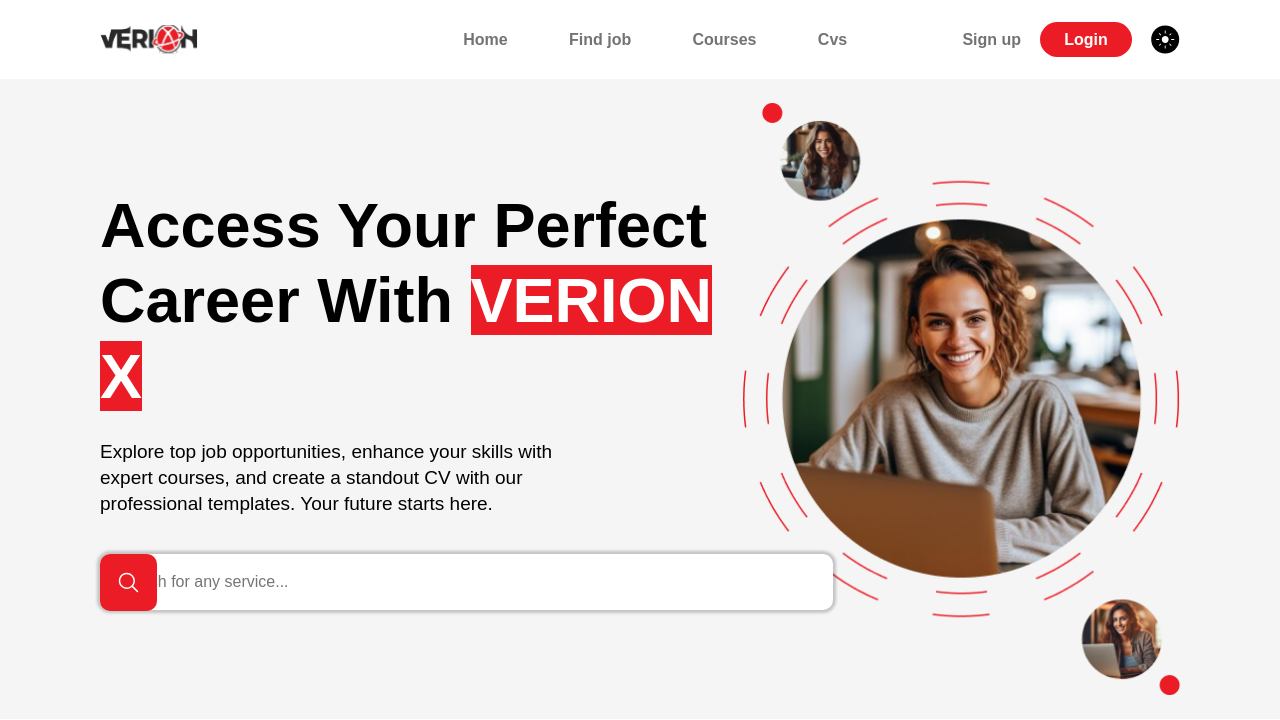
Repository: SahMenz/verionX
Page: /
These files come from the project's save history. The page is drawn as it stood at one moment and after the next save; the edit follows.
The browser window is 1280 px wide. The pictures show the whole page.
The project was rebuilt for these pictures with package versions that can differ from the ones it lists, and the page was loaded fresh each time. Also part of the build but not shown: vite.config.js.

Above is the page before, as saved 2024-06-14 15:12:53.

After the next save:
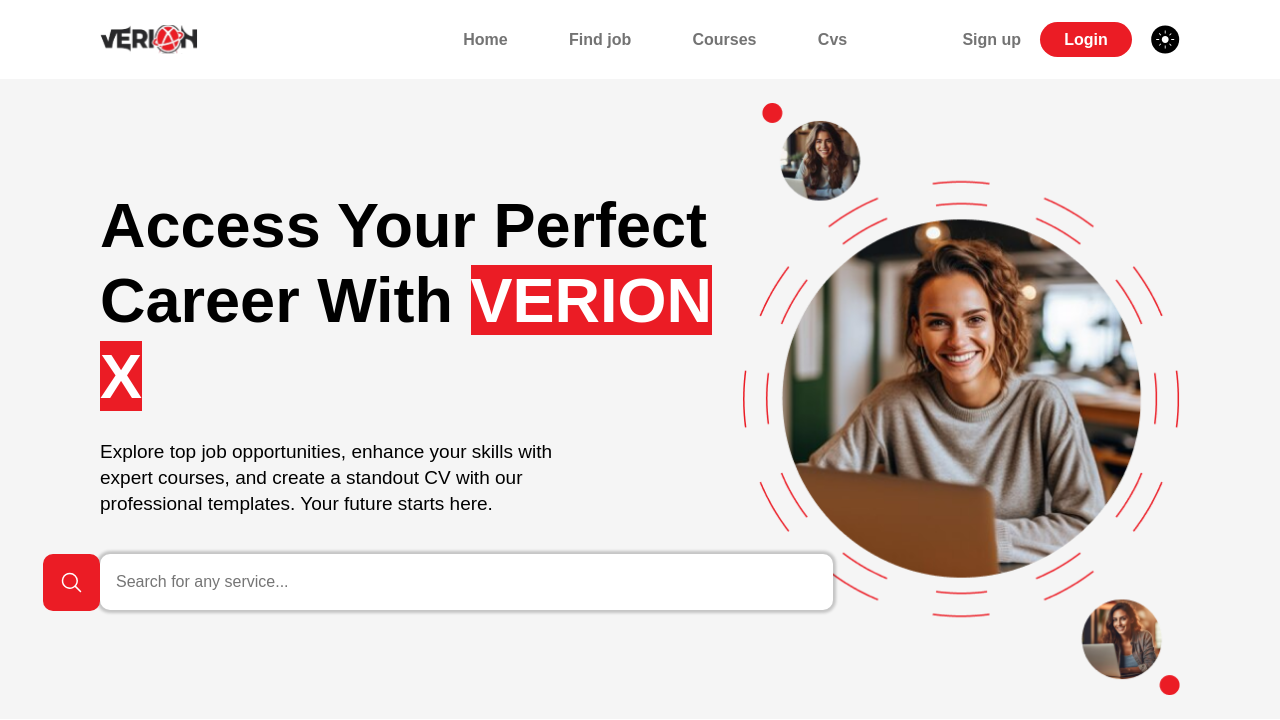
Saved 10 s later.
--- a/src/components/home/hero/hero.jsx
+++ b/src/components/home/hero/hero.jsx
@@ -11,7 +11,7 @@ function Hero() {
             </div>
             <div className="search-container">
                 <input type="text" placeholder="Search for any service..."  style={{position: "absolute",width: "733px", borderRadius:"10px", boxShadow: "0px 0px 3px 3px rgba(0, 0, 0, 0.2)"}} className='p-3'/>
-                <button className="bg-eb p-3" style={{borderRadius:"10px", border:"none", position: "relative", left: "0px", transform: "translateX(-0%)",}}><CustomSvg name="search" style={{borderRadius:"10px"}}/></button>
+                <button className="bg-eb p-3" style={{borderRadius:"10px", border:"none", position: "relative", left: "0px", transform: "translateX(-100%)",}}><CustomSvg name="search" style={{borderRadius:"10px"}}/></button>
             </div>
             <div></div>
         </div>
